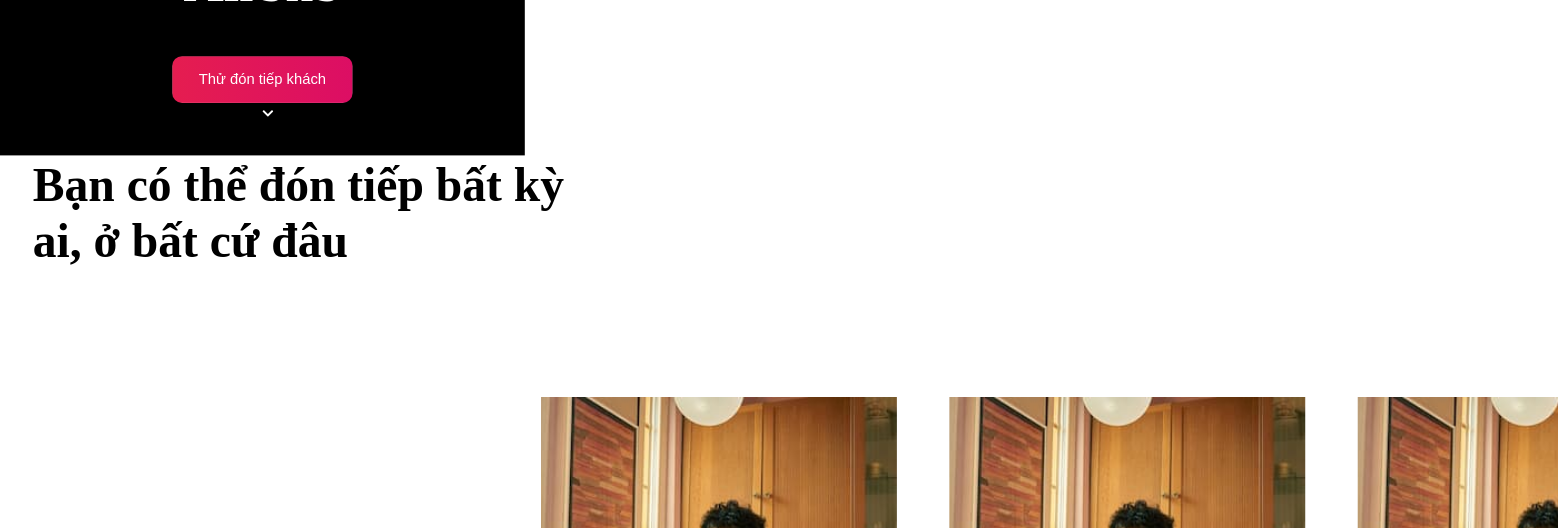
Repository: HoanTiny/AirbnbClone
Page: page3.html
The author's editor kept a copy of each file at every save. The page is drawn from the files as they stood at one save, then again after a run of saves.
The browser window is 1280 px wide. The page is 1900 px wide, so the pictures cover 1900 px, including what lies to the right of the window. The pictures show the part of the page from y = 531 to 1175 px (the page is 1920 px tall), at 82% of full size.
Pictures or frames that could not be fetched are drawn as grey boxes.

Above is the page before, as saved 2021-09-13 11:50:48.

### page3.html
<!DOCTYPE html>
<html lang="en">
    <head>
        <meta charset="UTF-8" />
        <meta http-equiv="X-UA-Compatible" content="IE=edge" />
        <meta name="viewport" content="width=device-width, initial-scale=1.0" />
        <link rel="stylesheet" href="./acess/css/mainpage3.css" />
        <link rel="stylesheet" href="./acess/css/gird.css" />
        <link rel="stylesheet" href="./acess/css/base.css" />
        <link rel="stylesheet" href="./acess/css/reponsive.css" />
        <link
            rel="stylesheet"
            href="./acess/font/fontawesome-free-5.15.3-web/css/all.min.css"
        />
        <title>Cho thuê nhà</title>
    </head>
    <body>
        <div class="app-p3">
            <div class="banner">
                <div class="banner__left">
                    <div class="banner__left-img">
                        <svg
                            width="30"
                            height="32"
                            fill="currentcolor"
                            color="#fff"
                            style="display: block"
                        >
                            <path
                                d="M29.24 22.68c-.16-.39-.31-.8-.47-1.15l-.74-1.67-.03-.03c-2.2-4.8-4.55-9.68-7.04-14.48l-.1-.2c-.25-.47-.5-.99-.76-1.47-.32-.57-.63-1.18-1.14-1.76a5.3 5.3 0 00-8.2 0c-.47.58-.82 1.19-1.14 1.76-.25.52-.5 1.03-.76 1.5l-.1.2c-2.45 4.8-4.84 9.68-7.04 14.48l-.06.06c-.22.52-.48 1.06-.73 1.64-.16.35-.32.73-.48 1.15a6.8 6.8 0 007.2 9.23 8.38 8.38 0 003.18-1.1c1.3-.73 2.55-1.79 3.95-3.32 1.4 1.53 2.68 2.59 3.95 3.33A8.38 8.38 0 0022.75 32a6.79 6.79 0 006.75-5.83 5.94 5.94 0 00-.26-3.5zm-14.36 1.66c-1.72-2.2-2.84-4.22-3.22-5.95a5.2 5.2 0 01-.1-1.96c.07-.51.26-.96.52-1.34.6-.87 1.65-1.41 2.8-1.41a3.3 3.3 0 012.8 1.4c.26.4.45.84.51 1.35.1.58.06 1.25-.1 1.96-.38 1.7-1.5 3.74-3.21 5.95zm12.74 1.48a4.76 4.76 0 01-2.9 3.75c-.76.32-1.6.41-2.42.32-.8-.1-1.6-.36-2.42-.84a15.64 15.64 0 01-3.63-3.1c2.1-2.6 3.37-4.97 3.85-7.08.23-1 .26-1.9.16-2.73a5.53 5.53 0 00-.86-2.2 5.36 5.36 0 00-4.49-2.28c-1.85 0-3.5.86-4.5 2.27a5.18 5.18 0 00-.85 2.21c-.13.84-.1 1.77.16 2.73.48 2.11 1.78 4.51 3.85 7.1a14.33 14.33 0 01-3.63 3.12c-.83.48-1.62.73-2.42.83a4.76 4.76 0 01-5.32-4.07c-.1-.8-.03-1.6.29-2.5.1-.32.25-.64.41-1.02.22-.52.48-1.06.73-1.6l.04-.07c2.16-4.77 4.52-9.64 6.97-14.41l.1-.2c.25-.48.5-.99.76-1.47.26-.51.54-1 .9-1.4a3.32 3.32 0 015.09 0c.35.4.64.89.9 1.4.25.48.5 1 .76 1.47l.1.2c2.44 4.77 4.8 9.64 7 14.41l.03.03c.26.52.48 1.1.73 1.6.16.39.32.7.42 1.03.19.9.29 1.7.19 2.5z"
                            ></path>
                        </svg>
                    </div>
                    <div class="banner__left-conttent">
                        <h1 class="banner__left-heading">
                            Đón tiếp khách làm nên linh hồn của Airbnb
                        </h1>
                        <button class="banner__left-btn">
                            Thử đón tiếp khách
                        </button>
                    </div>
                    <i class="fas fa-chevron-down banner__left-icon"></i>
                </div>
                <div class="banner-right">
                    <video
                        id="video"
                        src="./acess/img/Cho thuê nhà trên Airbnb.webm"
                        class="banner__right-video"
                        autoplay
                        crossorigin="anonymous"
                        playsinline
                        preload="auto"
                        aria-label="Chelsea, Chủ nhà ở Philadelphia, mỉm cười khi mở cửa. Soraya, Chủ nhà ở Mumbai, mỉm cười khi mở cửa trước cùng một người khác ở bên cạnh. Mohamed, Chủ nhà ở Johannesburg, mỉm cười khi mở cửa. Maria, Chủ nhà ở Mexico City, gật đầu mỉm cười khi mang cây đi."
                    ></video>
                </div>
            </div>
            <div class="content">
                <div class="content__heading">
                    <div class="grid wide">
                        <h2 class="content__heading-top">
                            Bạn có thể đón tiếp bất kỳ ai, ở bất cứ đâu
                        </h2>
                    </div>
                    <div class="grid wide">
                        <div class="content__home">
                            <div class="home__img">
                                <div class="home__img-home__product">
                                    <img src="./acess/img/home-p3.jpg" class="img content__home-img"></img>
                                </div>
                                <div class="home__img-home__product-text">
                                    <p class="home__img-text">Việc cho thuê căn hộ studio đã làm thay đổi cuộc sống của tôi và mang đến cho tôi những trải nghiệm và con người đáng nhớ.</p>
                                    <p class="home__img-text-end">Hoàn</p>
                                    <p class="home__img-text-admin-home">Chủ nhà</p>
                                </div>
                            </div>
                            <div class="home__img">
                                <div class="home__img-home__product">
                                    <img src="./acess/img/home-p3.jpg" class="img content__home-img"></img>
                                </div>
                                <div class="home__img-home__product-text">
                                    <p class="home__img-text">Việc cho thuê căn hộ studio đã làm thay đổi cuộc sống của tôi và mang đến cho tôi những trải nghiệm và con người đáng nhớ.</p>
                                    <p class="home__img-text-end">Hoàn</p>
                                    <p class="home__img-text-admin-home">Chủ nhà</p>
                                </div>
                            </div>
                            <div class="home__img">
                                <div class="home__img-product-img">
                                    <img src="./acess/img/home-p3.jpg" class="img content__home-img"></img>
                                </div>
                                <div class="home__img-product-text">
                                    <p class="home__img-text">Việc cho thuê căn hộ studio đã làm thay đổi cuộc sống của tôi và mang đến cho tôi những trải nghiệm và con người đáng nhớ.</p>
                                    <p class="home__img-text-end">Hoàn</p>
                                    <p class="home__img-text-admin-home">Chủ nhà</p>
                                </div>
                            </div>
                            <div class="home__img">
                                <div class="home__img-home__product">
                                    <img src="./acess/img/home-p3.jpg" class="img content__home-img"></img>
                                </div>
                                <div class="home__img-home__product-text">
                                    <p class="home__img-text">Việc cho thuê căn hộ studio đã làm thay đổi cuộc sống của tôi và mang đến cho tôi những trải nghiệm và con người đáng nhớ.</p>
                                    <p class="home__img-text-end">Hoàn</p>
                                    <p class="home__img-text-admin-home">Chủ nhà</p>
                                </div>
                            </div>
                        </div>
                    </div>
                </div>
                <div class="content__search"></div>
            </div>
        </div>
        <script>
            var videoPlayer = document.getElementById("video");
            // Auto play, half volume.
            videoPlayer.play();
            videoPlayer.volume = 0.5;

            // Play / pause.
            videoPlayer.addEventListener("click", function () {
                if (videoPlayer.paused == false) {
                    videoPlayer.pause();
                    videoPlayer.firstChild.nodeValue = "Play";
                } else {
                    videoPlayer.play();
                    videoPlayer.firstChild.nodeValue = "Pause";
                }
            });
        </script>
    </body>
</html>

### acess/css/mainpage3.css
body {
    margin: 0;
}

.banner {
    height: 100vh;
    display: flex;
    justify-content: center;
}
.banner__left {
    width: 50%;
    background-color: #000;
    position: relative;
}
.banner__left-img {
    padding: 24px;
}
.banner__left-conttent {
    display: flex;
    flex-direction: column;
    align-items: center;
    justify-content: center;
    position: absolute;
    top: 50%;
    left: 50%;
    transform: translate(-50%, -50%);
    width: fit-content;
}
.banner__left-heading {
    color: #fff;
    text-align: center;
    font-size: 6.8rem;
    line-height: 7rem;
    padding: 12px 24px;
    font-weight: 500;
}
.banner__left-btn {
    padding: 18px 32px;
    font-size: 1.8rem;
    border-radius: 12px;
    background-image: linear-gradient(
        to right,
        rgb(229, 29, 80),
        rgb(220, 14, 100)
    );
    color: var(--white-color);
    border: none;
    cursor: pointer;
}

.banner__left-icon {
    color: var(--white-color);
    position: absolute;
    bottom: 32px;
    font-size: 1.5rem;
    left: 50%;
    padding: 12px;
    margin-left: -12px;
    border-radius: 50%;
    cursor: pointer;
}

.banner__left-icon:hover {
    background-color: #999;
}

.banner-right {
    width: 50%;
}

.banner__right-video {
    object-fit: cover;
    object-position: center top;
    width: 100%;
    height: 100%;
}

.content__heading {
    position: relative;
    height: 700px;
}

.content__heading-top {
    margin-top: 48px;
    font-size: 5.8rem;
    line-height: 6.8rem;
    text-align: left;
    width: 60%;
    margin: 0;
}

.content__home {
    position: absolute;
    bottom: -50%;
    max-width: 100%;
    overflow-x: auto;
    flex-wrap: nowrap;
    display: flex;
    transform: translate(50%);
}

.content__home::-webkit-scrollbar {
    display: none;
}

.home__img {
    flex-shrink: 0;
    width: 35%;
    margin-right: 64px;
}

.home__img-product-text {
    margin-top: 24px;
}

.home__img-text {
    color: var(--white-color);
    font-size: 2.6rem;
    line-height: 2.8rem;
}

.home__img-text-end {
    color: var(--white-color);
    font-size: 3rem;
    font-family: cursive;
}

.home__img-text-admin-home {
    color: #ccc;
    font-size: 1.6rem;
}

.content__home-img {
    width: 100%;
    height: 100%;
    object-fit: cover;
}

.content__search {
    background-color: #000;
    height: 500px;
}

### acess/css/gird.css
.grid {
    width: 100%;
    display: block;
    padding: 0;
}

.grid.wide {
    max-width: 1200px;
    margin: 0 auto;
}

.row {
    display: flex;
    flex-wrap: wrap;
    margin-left: -8px;
    margin-right: -8px;
}

.row.no-gutters {
    margin-left: 0;
    margin-right: 0;
}

.col {
    padding-left: 12px;
    padding-right: 12px;
}

.row.no-gutters .col {
    padding-left: 0;
    padding-right: 0;
}

.c-0 {
    display: none;
}

.c-1 {
    flex: 0 0 8.33333%;
    max-width: 8.33333%;
}

.c-2 {
    flex: 0 0 16.66667%;
    max-width: 16.66667%;
}

.c-3 {
    flex: 0 0 25%;
    max-width: 25%;
}

.c-4 {
    flex: 0 0 33.33333%;
    max-width: 33.33333%;
}

.c-5 {
    flex: 0 0 41.66667%;
    max-width: 41.66667%;
}

.c-6 {
    flex: 0 0 50%;
    max-width: 50%;
}

.c-7 {
    flex: 0 0 58.33333%;
    max-width: 58.33333%;
}

.c-8 {
    flex: 0 0 66.66667%;
    max-width: 66.66667%;
}

.c-9 {
    flex: 0 0 75%;
    max-width: 75%;
}

.c-10 {
    flex: 0 0 83.33333%;
    max-width: 83.33333%;
}

.c-11 {
    flex: 0 0 91.66667%;
    max-width: 91.66667%;
}

.c-12 {
    flex: 0 0 100%;
    max-width: 100%;
}

.c-o-1 {
    margin-left: 8.33333%;
}

.c-o-2 {
    margin-left: 16.66667%;
}

.c-o-3 {
    margin-left: 25%;
}

.c-o-4 {
    margin-left: 33.33333%;
}

.c-o-5 {
    margin-left: 41.66667%;
}

.c-o-6 {
    margin-left: 50%;
}

.c-o-7 {
    margin-left: 58.33333%;
}

.c-o-8 {
    margin-left: 66.66667%;
}

.c-o-9 {
    margin-left: 75%;
}

.c-o-10 {
    margin-left: 83.33333%;
}

.c-o-11 {
    margin-left: 91.66667%;
}

/* >= Tablet */
@media (min-width: 740px) {
    .row {
        margin-left: -4px;
        margin-right: -4px;
    }

    .col {
        padding-left: 4px;
        padding-right: 4px;
    }

    .m-0 {
        display: none;
    }

    .m-1,
    .m-2,
    .m-3,
    .m-4,
    .m-5,
    .m-6,
    .m-7,
    .m-8,
    .m-9,
    .m-10,
    .m-11,
    .m-12 {
        display: block;
    }

    .m-1 {
        flex: 0 0 8.33333%;
        max-width: 8.33333%;
    }

    .m-2 {
        flex: 0 0 16.66667%;
        max-width: 16.66667%;
    }

    .m-3 {
        flex: 0 0 25%;
        max-width: 25%;
    }

    .m-4 {
        flex: 0 0 33.33333%;
        max-width: 33.33333%;
    }

    .m-5 {
        flex: 0 0 41.66667%;
        max-width: 41.66667%;
    }

    .m-6 {
        flex: 0 0 50%;
        max-width: 50%;
    }

    .m-7 {
        flex: 0 0 58.33333%;
        max-width: 58.33333%;
    }

    .m-8 {
        flex: 0 0 66.66667%;
        max-width: 66.66667%;
    }

    .m-9 {
        flex: 0 0 75%;
        max-width: 75%;
    }

    .m-10 {
        flex: 0 0 83.33333%;
        max-width: 83.33333%;
    }

    .m-11 {
        flex: 0 0 91.66667%;
        max-width: 91.66667%;
    }

    .m-12 {
        flex: 0 0 100%;
        max-width: 100%;
    }

    .m-o-1 {
        margin-left: 8.33333%;
    }

    .m-o-2 {
        margin-left: 16.66667%;
    }

    .m-o-3 {
        margin-left: 25%;
    }

    .m-o-4 {
        margin-left: 33.33333%;
    }

    .m-o-5 {
        margin-left: 41.66667%;
    }

    .m-o-6 {
        margin-left: 50%;
    }

    .m-o-7 {
        margin-left: 58.33333%;
    }

    .m-o-8 {
        margin-left: 66.66667%;
    }

    .m-o-9 {
        margin-left: 75%;
    }

    .m-o-10 {
        margin-left: 83.33333%;
    }

    .m-o-11 {
        margin-left: 91.66667%;
    }
}

/* PC medium resolution > */
@media (min-width: 1113px) {
    .row {
        margin-left: -12px;
        margin-right: -12px;
    }

    .row.sm-gutter {
        margin-left: -5px;
        margin-right: -5px;
    }

    .col {
        padding-left: 12px;
        padding-right: 12px;
    }

    .row.sm-gutter .col {
        padding-left: 5px;
        padding-right: 5px;
    }

    .l-0 {
        display: none;
    }

    .l-1,
    .l-2,
    .l-2-4,
    .l-3,
    .l-4,
    .l-5,
    .l-6,
    .l-7,
    .l-8,
    .l-9,
    .l-10,
    .l-11,
    .l-12 {
        display: block;
    }

    .l-1 {
        flex: 0 0 8.33333%;
        max-width: 8.33333%;
    }

    .l-2 {
        flex: 0 0 16.66667%;
        max-width: 16.66667%;
    }

    .l-2-4 {
        flex: 0 0 20%;
        max-width: 20%;
    }

    .l-3 {
        flex: 0 0 25%;
        max-width: 25%;
    }

    .l-4 {
        flex: 0 0 33.33333%;
        max-width: 33.33333%;
    }

    .l-5 {
        flex: 0 0 41.66667%;
        max-width: 41.66667%;
    }

    .l-6 {
        flex: 0 0 50%;
        max-width: 50%;
    }

    .l-7 {
        flex: 0 0 58.33333%;
        max-width: 58.33333%;
    }

    .l-8 {
        flex: 0 0 66.66667%;
        max-width: 66.66667%;
    }

    .l-9 {
        flex: 0 0 75%;
        max-width: 75%;
    }

    .l-10 {
        flex: 0 0 83.33333%;
        max-width: 83.33333%;
    }

    .l-11 {
        flex: 0 0 91.66667%;
        max-width: 91.66667%;
    }

    .l-12 {
        flex: 0 0 100%;
        max-width: 100%;
    }

    .l-o-1 {
        margin-left: 8.33333%;
    }

    .l-o-2 {
        margin-left: 16.66667%;
    }

    .l-o-3 {
        margin-left: 25%;
    }

    .l-o-4 {
        margin-left: 33.33333%;
    }

    .l-o-5 {
        margin-left: 41.66667%;
    }

    .l-o-6 {
        margin-left: 50%;
    }

    .l-o-7 {
        margin-left: 58.33333%;
    }

    .l-o-8 {
        margin-left: 66.66667%;
    }

    .l-o-9 {
        margin-left: 75%;
    }

    .l-o-10 {
        margin-left: 83.33333%;
    }

    .l-o-11 {
        margin-left: 91.66667%;
    }
}

/* Tablet - PC low resolution */
@media (min-width: 740px) and (max-width: 1023px) {
    .wide {
        width: 644px;
    }
}

/* > PC low resolution */
@media (min-width: 1024px) and (max-width: 1239px) {
    .wide {
        width: 984px;
    }

    .wide .row {
        margin-left: -12px;
        margin-right: -12px;
    }

    .wide .row.sm-gutter {
        margin-left: -5px;
        margin-right: -5px;
    }

    .wide .col {
        padding-left: 12px;
        padding-right: 12px;
    }

    .wide .row.sm-gutter .col {
        padding-left: 5px;
        padding-right: 5px;
    }

    .wide .l-0 {
        display: none;
    }

    .wide .l-1,
    .wide .l-2,
    .wide .l-2-4,
    .wide .l-3,
    .wide .l-4,
    .wide .l-5,
    .wide .l-6,
    .wide .l-7,
    .wide .l-8,
    .wide .l-9,
    .wide .l-10,
    .wide .l-11,
    .wide .l-12 {
        display: block;
    }

    .wide .l-1 {
        flex: 0 0 8.33333%;
        max-width: 8.33333%;
    }

    .wide .l-2 {
        flex: 0 0 16.66667%;
        max-width: 16.66667%;
    }

    .wide .l-2-4 {
        flex: 0 0 20%;
        max-width: 20%;
    }

    .wide .l-3 {
        flex: 0 0 25%;
        max-width: 25%;
    }

    .wide .l-4 {
        flex: 0 0 33.33333%;
        max-width: 33.33333%;
    }

    .wide .l-5 {
        flex: 0 0 41.66667%;
        max-width: 41.66667%;
    }

    .wide .l-6 {
        flex: 0 0 50%;
        max-width: 50%;
    }

    .wide .l-7 {
        flex: 0 0 58.33333%;
        max-width: 58.33333%;
    }

    .wide .l-8 {
        flex: 0 0 66.66667%;
        max-width: 66.66667%;
    }

    .wide .l-9 {
        flex: 0 0 75%;
        max-width: 75%;
    }

    .wide .l-10 {
        flex: 0 0 83.33333%;
        max-width: 83.33333%;
    }

    .wide .l-11 {
        flex: 0 0 91.66667%;
        max-width: 91.66667%;
    }

    .wide .l-12 {
        flex: 0 0 100%;
        max-width: 100%;
    }

    .wide .l-o-1 {
        margin-left: 8.33333%;
    }

    .wide .l-o-2 {
        margin-left: 16.66667%;
    }

    .wide .l-o-3 {
        margin-left: 25%;
    }

    .wide .l-o-4 {
        margin-left: 33.33333%;
    }

    .wide .l-o-5 {
        margin-left: 41.66667%;
    }

    .wide .l-o-6 {
        margin-left: 50%;
    }

    .wide .l-o-7 {
        margin-left: 58.33333%;
    }

    .wide .l-o-8 {
        margin-left: 66.66667%;
    }

    .wide .l-o-9 {
        margin-left: 75%;
    }

    .wide .l-o-10 {
        margin-left: 83.33333%;
    }

    .wide .l-o-11 {
        margin-left: 91.66667%;
    }
}

### acess/css/base.css
:root {
    --white-color:#fff;
    --black-color: #000;
    --text-color: #333;
}

* {
    box-sizing: inherit;
}

html {
    /* font-family: Circular, -apple-system, BlinkMacSystemFont, Roboto, "Helvetica Neue", sans-serif; */
    font-family: 'Font Awesome 5 Free';
    box-sizing: border-box;
    font-size: 62.5%;
    line-height: 1.8rem;
}

### acess/css/reponsive.css
@media (min-width: 723px) and (max-width: 1023px) {
    .hold-on-mobile-tablet {
        display: none;
    }
    .background {
        background-position: unset;
    }

    .header__nav-list-tablet {
        display: flex;
    }

    .search {
        margin: 0;
    }

    .search__item:first-of-type {
        padding-left: 32px;
    }

    .search__item {
        margin: 0;
        padding: 12px;
    }

    .home__product-tablet {
        height: 140px;
        overflow: hidden;
        display: -webkit-box;
        -webkit-line-clamp: 2;
    }

    .home__category-tablet {
        display: flex;
        max-width: 100%;
        overflow-x: auto;
        flex-wrap: nowrap;
    }

    .home__category-tablet::-webkit-scrollbar {
        display: none;
    }

    .home__category-item-tablet {
        width: 33.3333%;
        flex-shrink: 0;
    }

    .footer-end {
        flex-direction: column-reverse;
    }

    .footer__end-social-list{
        display: flex;
        justify-content: center;
    }

    .footer__end-copyright-list{
        flex-wrap: wrap;
        justify-content: center;
    }

    .footer__end-copyright__item:first-of-type {
        width: 100%;
        text-align: center;
        margin-bottom: 4px;
    }

    .header__nav-scrollba-btn {
        margin-left: auto;
    }

}

@media (max-width: 723px)
{
    .hold-on-mobile {
        display: none;
    }

    .search {
        display: none;
    }
    .header__nav {
        display: none;
    }

    .header__mobile{
        display: flex;
    }

    .footer {
        text-align: center;
    }

    .home__category-tablet {
        display: flex;
        max-width: 100%;
        overflow-x: auto;
        flex-wrap: nowrap;
    }

    .home__category-tablet::-webkit-scrollbar {
        display: none;
    }

    .home__category-item-tablet {
        width: 33.3333%;
        flex-shrink: 0;
    }

    #header__nav-scrollbar {
        display: none;
    }

    .header__mobile {
        position: fixed;
        top: 0px;
        left: 0;
        right: 0;
        z-index: 12;
        align-items: center;
    }

    .header__mobile-btn {
        border: none;
        background-color: rgb(247, 247, 247);
        box-shadow: none;
        top: 20;
    }

    .web__content-heading {
        font-size: 2.2rem;
        line-height: 2.6rem;
    }

    .home__category-next {
        display: none;
    }

    .home__category-return--active {
        display: none;
    }

    .home__experience-mobile {
        display: flex;
        max-width: 100%;
        overflow-x: auto;
        flex-wrap: nowrap;
    }

    .home__experience-mobile::-webkit-scrollbar {
        display: none;
    }

    .home__experience-mobile-item {
        width: 75%;
        flex-shrink: 0;
    }

    path {
        display: none;
    }
    .search-where {
        display: block;
        position: revert;
    }

    .search-where-icon {
        display: none;
    }

    /* Page 2 */

    .home-place__item-img {
        height: 345px;
    }

    .menu-list__item {
        border: none;
    }

    .header-page2 {
        border-bottom: none;
    }

    .header__mobile-page2 {
        display: block;
    }

    .home-place {
        margin-top: 115px;
    }

}

Loaded but not shown: acess/font/fontawesome-free-5.15.3-web/css/all.min.css (library)

After the next 2 saves:
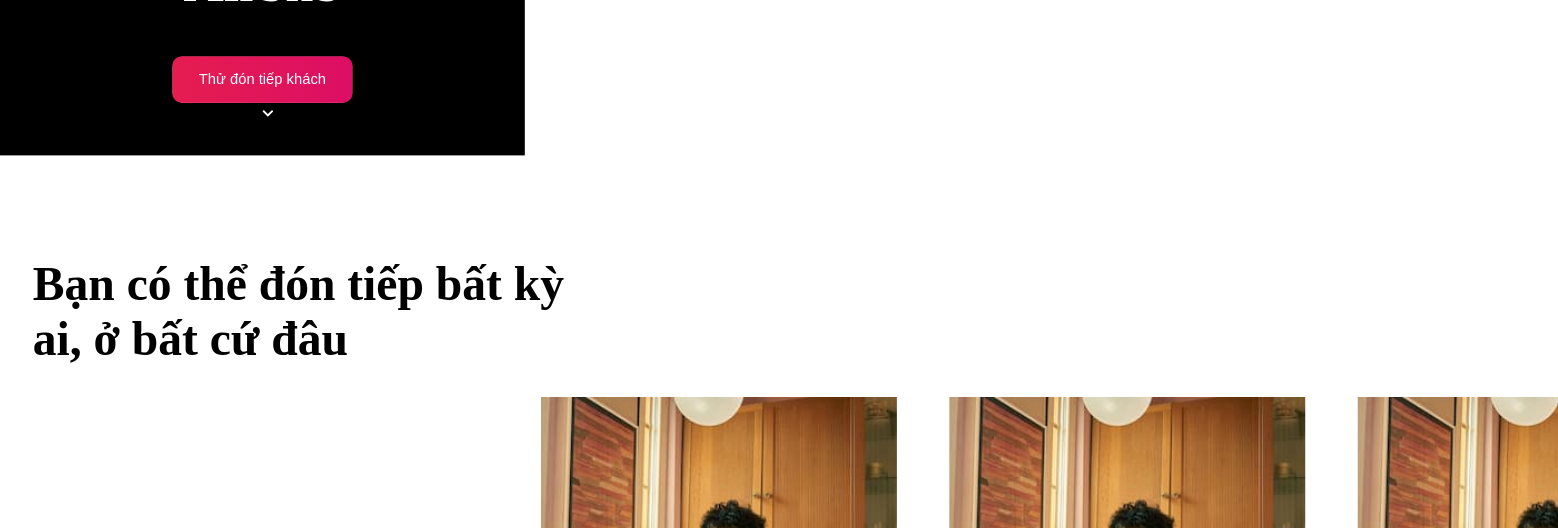
The 2 saves are shown as one change because they came seconds apart.
The last was saved 16 s later.
--- a/acess/css/mainpage3.css
+++ b/acess/css/mainpage3.css
@@ -78,6 +78,7 @@ body {
 .content__heading {
     position: relative;
     height: 700px;
+    padding-top: 120px;
 }
 
 .content__heading-top {
